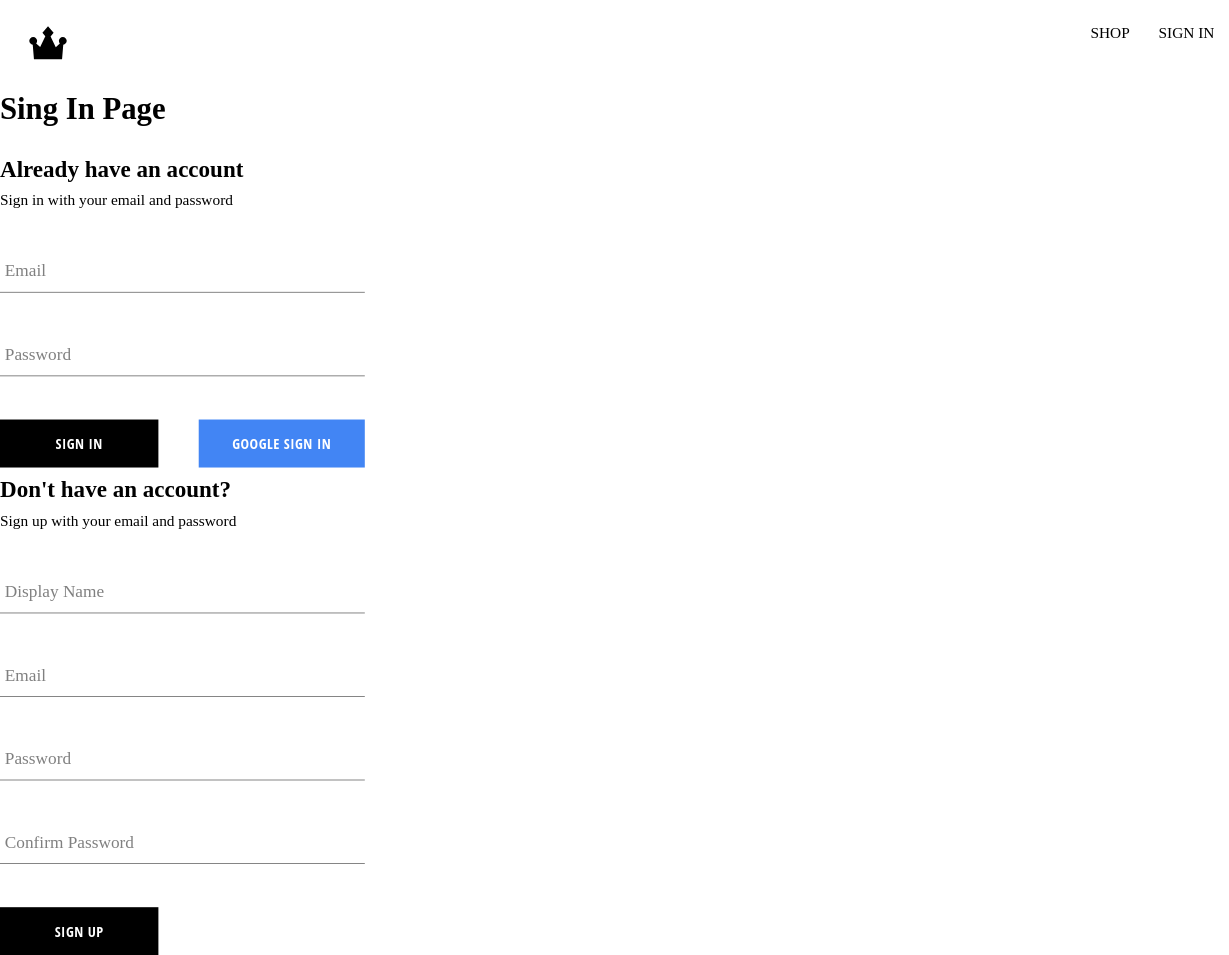
Repository: Chadi2000/crwn-clothing
Page: /auth
An editor plug-in stored every save of this project. The page is shown before and after the next save, followed by the edit.
The browser window is 1280 px wide. The pictures show the whole page, at 96% of full size.
The project was rebuilt for these pictures with package versions that can differ from the ones it lists, and the page was loaded fresh each time. Also part of the build but not shown: src/categories.styles.scss, src/components/category-item/category-item.styles.scss, src/components/category-item/category-item.component.jsx, src/components/directory/directory.styles.scss, src/components/directory/directory.component.js, src/routes/home/home.component.jsx.

Above is the page before, as saved 2024-02-13 00:18:00.

After the next save:
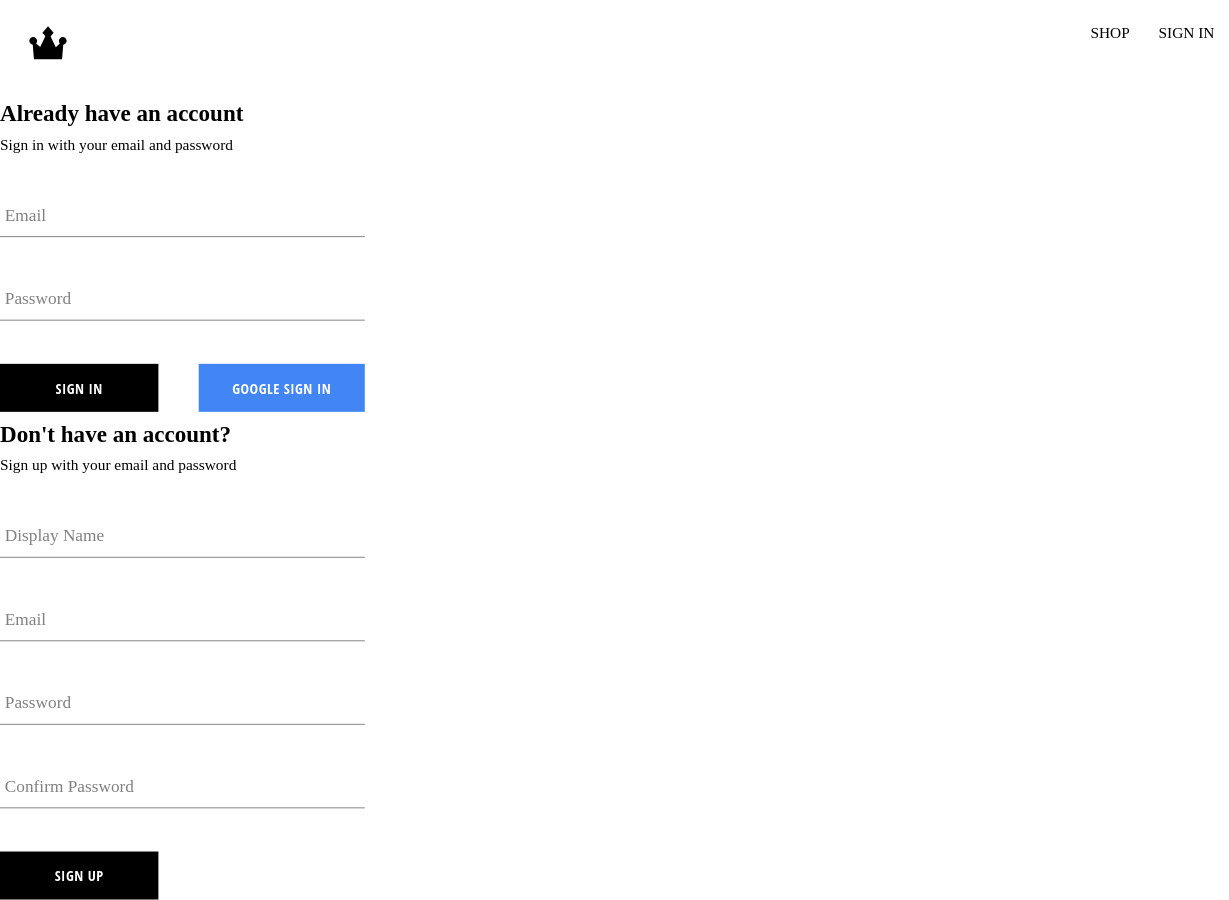
Saved 2 min 29 s later.
--- a/src/routes/authentication/authentication.component.jsx
+++ b/src/routes/authentication/authentication.component.jsx
@@ -4,8 +4,7 @@ import SignInForm from "../../components/sign-in-form/sign-in-form.component";
 const Authentication  = () => {
 
     return(
-        <div>
-            <h1>Sing In Page</h1>
+        <div className="authentication-container">
             <SignInForm />
             <SignUpForm />
         </div>
